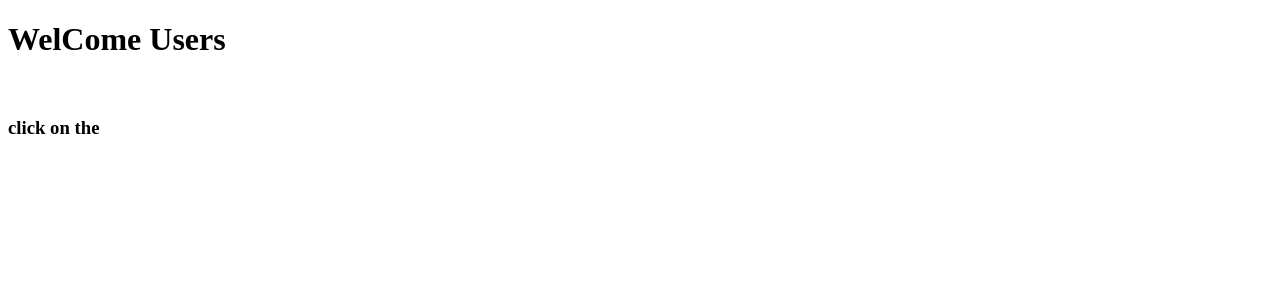
Repository: meet542/AdvanceJava
Page: http://localhost/Web-Project/
The author's editor kept a copy of each file at every save. The page is drawn from the files as they stood at one save, then again after the next save.
The browser window is 1280 px wide. The pictures show the whole page.
The page is served by Tomcat 9.

Above is the page before, as saved 2026-08-21 12:42:51.

After the next save:
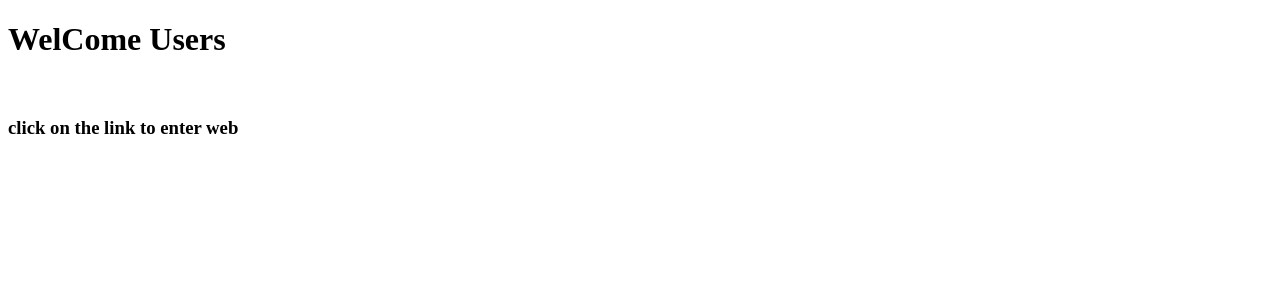
Saved 7 s later.
--- a/jspServlet-Workspace/Web-Project/src/main/webapp/index.jsp
+++ b/jspServlet-Workspace/Web-Project/src/main/webapp/index.jsp
@@ -9,6 +9,6 @@
 <body>
 	<h1 align = "centre">WelCome Users</h1>
 	<br>
-	<h3>click on the </h3>
+	<h3>click on the link to enter web</h3>
 </body>
 </html>
